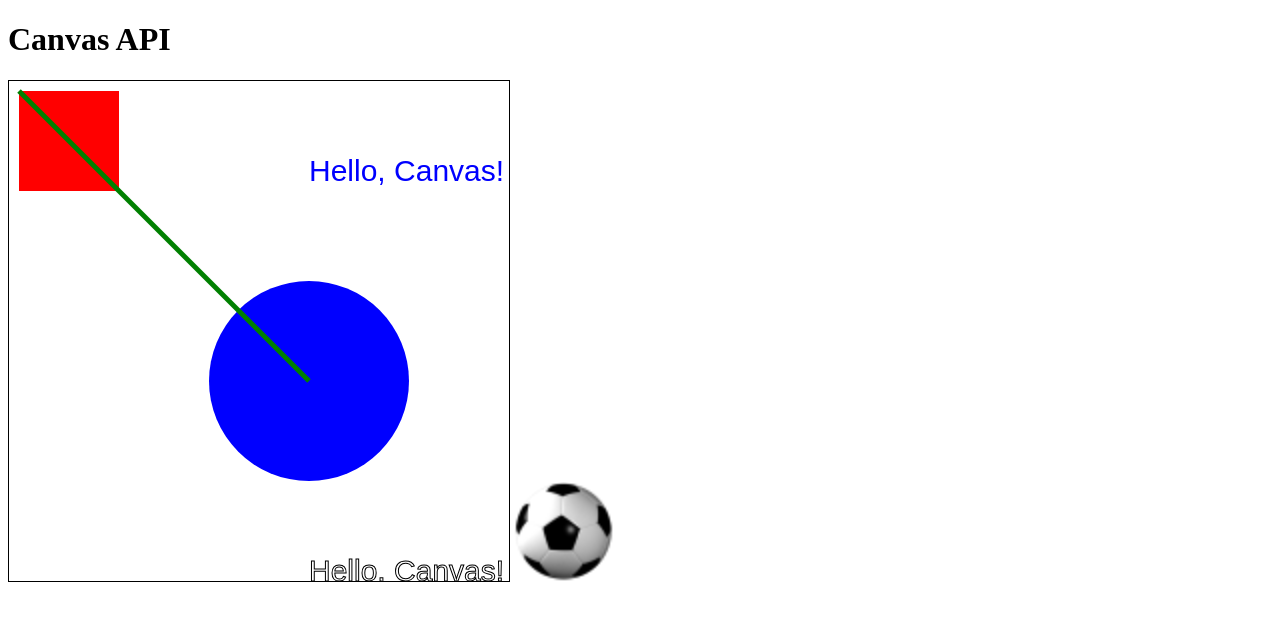
Repository: aobeid1979/small-ideas-
Page: Canvas API/index.html
The author's editor kept a copy of each file at every save. The page is drawn from the files as they stood at one save, then again after a run of saves.
The browser window is 1280 px wide. The pictures show the whole page.

Above is the page before, as saved 2025-06-28 13:41:12.

After the next 2 saves:
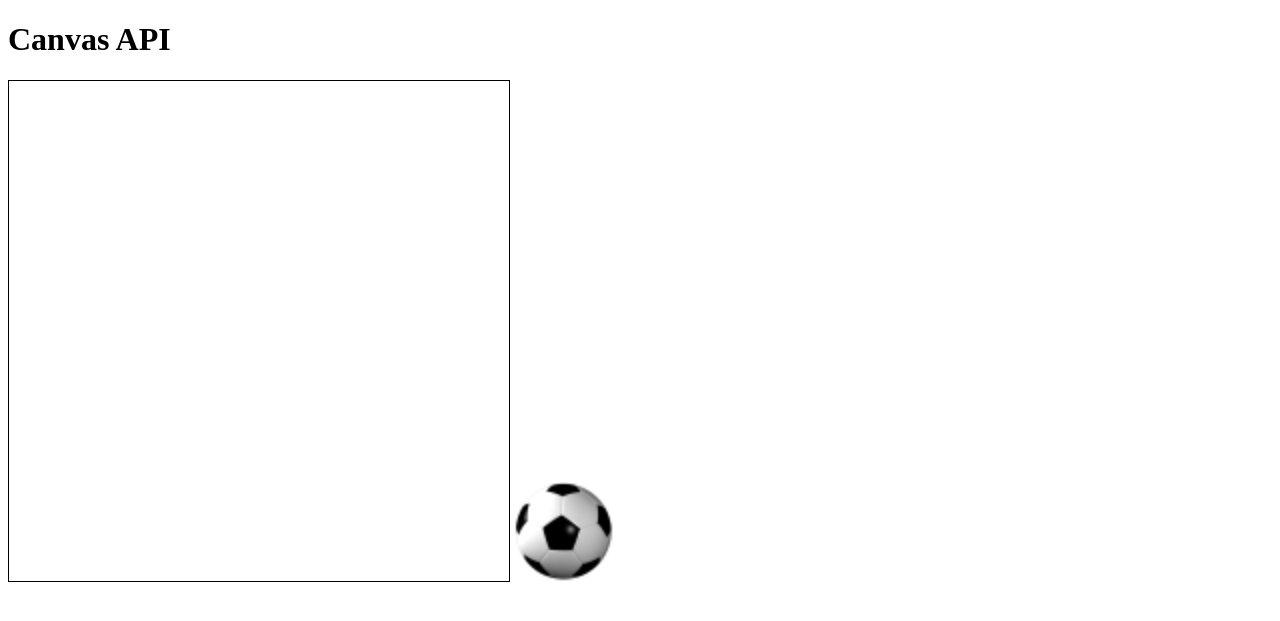
Console error: SyntaxError: Missing initializer in const declaration
The 2 saves are shown as one change because they came seconds apart.
The last was saved 10 s later.
--- a/Canvas API/script.js
+++ b/Canvas API/script.js
@@ -24,3 +24,5 @@ ctx.fillStyle ='blue';
 ctx.strokeStyle = 'black';
 ctx.fillText('Hello, Canvas!', 300, 100, 300);
 ctx.strokeText('Hello, Canvas!', 300, 500, 300);
+
+const img

After the 2 saves that followed:
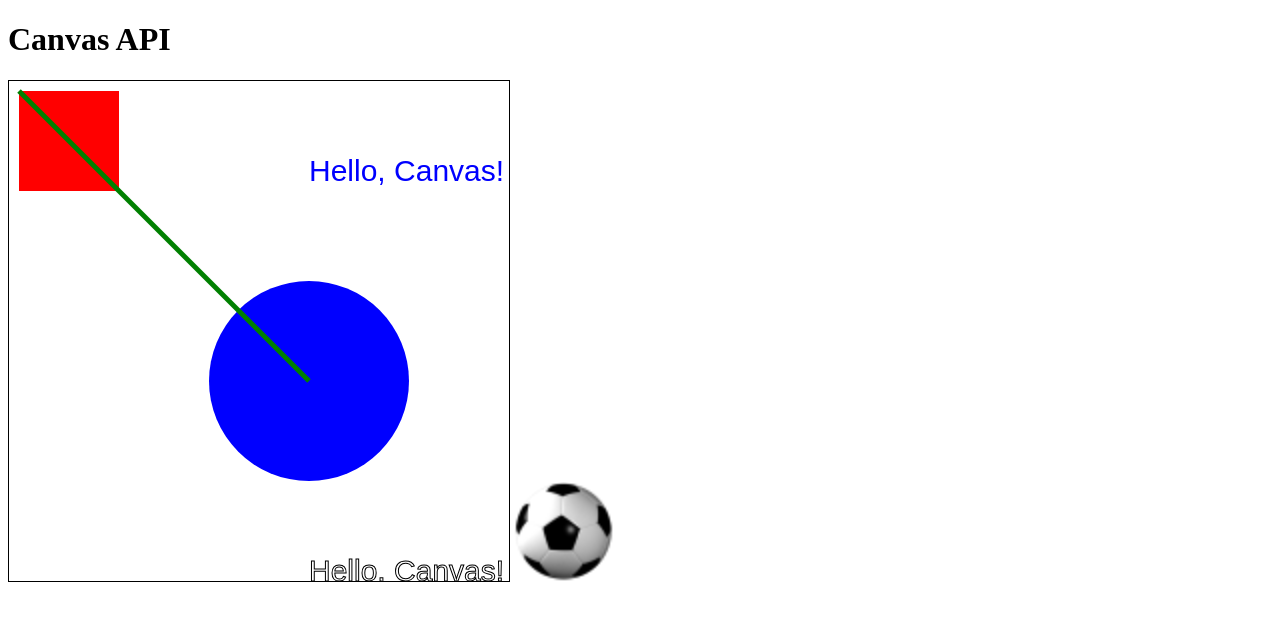
The error is gone.
The 2 saves are shown as one change because they came seconds apart.
The last was saved 7 s later.
--- a/Canvas API/script.js
+++ b/Canvas API/script.js
@@ -25,4 +25,4 @@ ctx.strokeStyle = 'black';
 ctx.fillText('Hello, Canvas!', 300, 100, 300);
 ctx.strokeText('Hello, Canvas!', 300, 500, 300);
 
-const img
+const img = document.querySelector('img');
